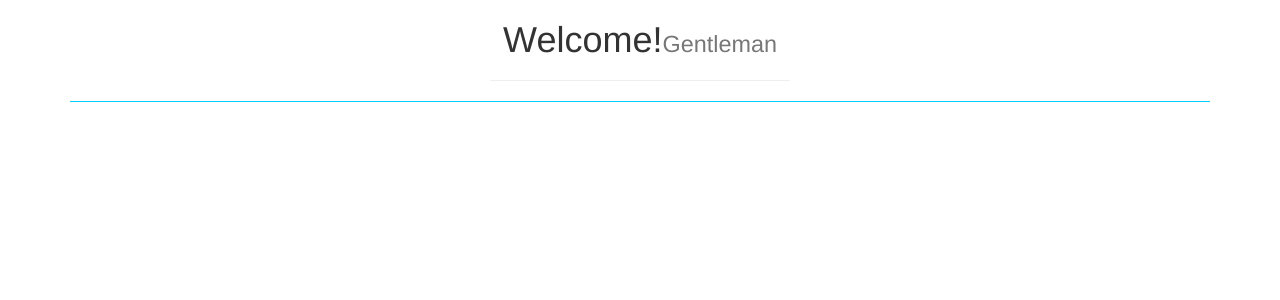
Repository: JasonBour/Beautypedia
Page: http://localhost/
An editor plug-in stored every save of this project. The page is shown before and after the next save, followed by the edit.
The browser window is 1280 px wide. The pictures show the whole page.
The page is run by PHP 8.4 with error messages shown; the project is at /var/www/html/.

Above is the page before, as saved 2015-09-13 12:22:29.

### Beautypedia/index.php
<html>
<head>
<meta charset="utf-8">
<link rel="stylesheet" type="text/css" href="./css/bootstrap.min.css"><!-- css file-->
<link rel="stylesheet" type="text/css" href="./css/index.css">
</head>
<body>


<div class="container ">
    <h1  class="title">Welcome!<small>Gentleman</small></h1>



     <HR align=center width=300 color=#987cb9 SIZE=1>

   <div style="height:1px;
 width:100%;
 background:#00CCFF;
 overflow:hidden;"></div>
    </div>


</body>

</html>

### Beautypedia/css/index.css
@CHARSET "UTF-8";
div.container{
	text-align:center;


}

Loaded but not shown: Beautypedia/css/bootstrap.min.css (library)

After the next save:
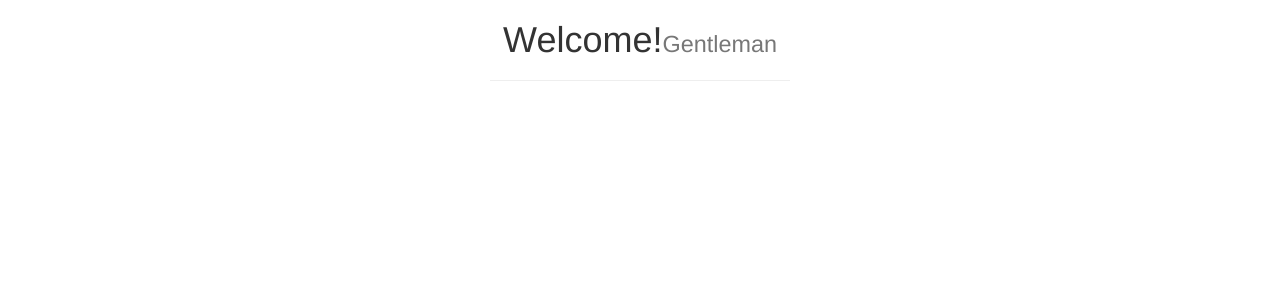
Saved 12 s later.
--- a/Beautypedia/index.php
+++ b/Beautypedia/index.php
@@ -14,10 +14,7 @@
 
      <HR align=center width=300 color=#987cb9 SIZE=1>
 
-   <div style="height:1px;
- width:100%;
- background:#00CCFF;
- overflow:hidden;"></div>
+
     </div>
 
 
